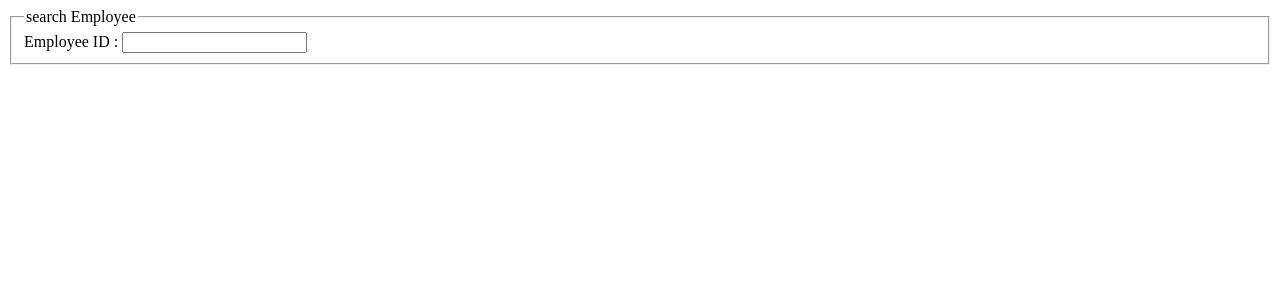
Repository: MamathaManchala/TY_CG_HTD_BangloreNovember_JFS_MamathaManchala
Page: BackEnd/servelets/mywebapp/src/main/webapp/searchEmp.html
The author's editor kept a copy of each file at every save. The page is drawn from the files as they stood at one save, then again after the next save.
The browser window is 1280 px wide. The pictures show the whole page.

Above is the page before, as saved 2019-12-15 11:44:06.

After the next save:
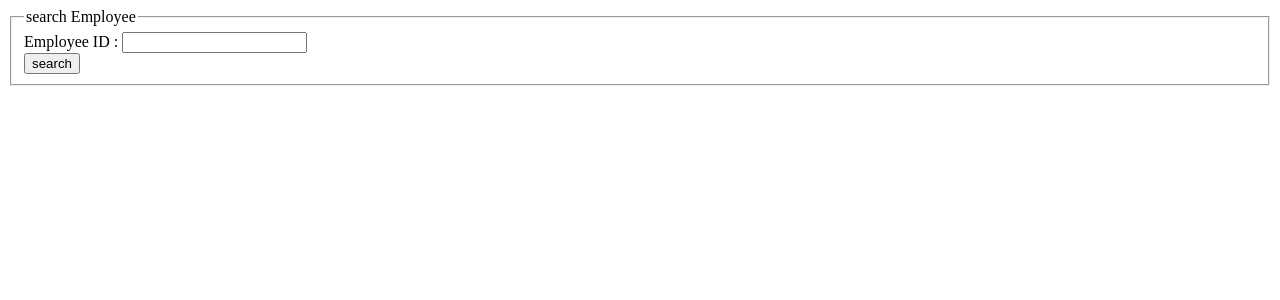
Saved 2 min 4 s later.
--- a/BackEnd/servelets/mywebapp/src/main/webapp/searchEmp.html
+++ b/BackEnd/servelets/mywebapp/src/main/webapp/searchEmp.html
@@ -9,6 +9,7 @@
 <legend>search Employee</legend>
 <form action="./searchEmployee">
 Employee ID : <input type="number" name="empId" required ><br>
+<input type="submit" value="search">
 
 
 </form>
